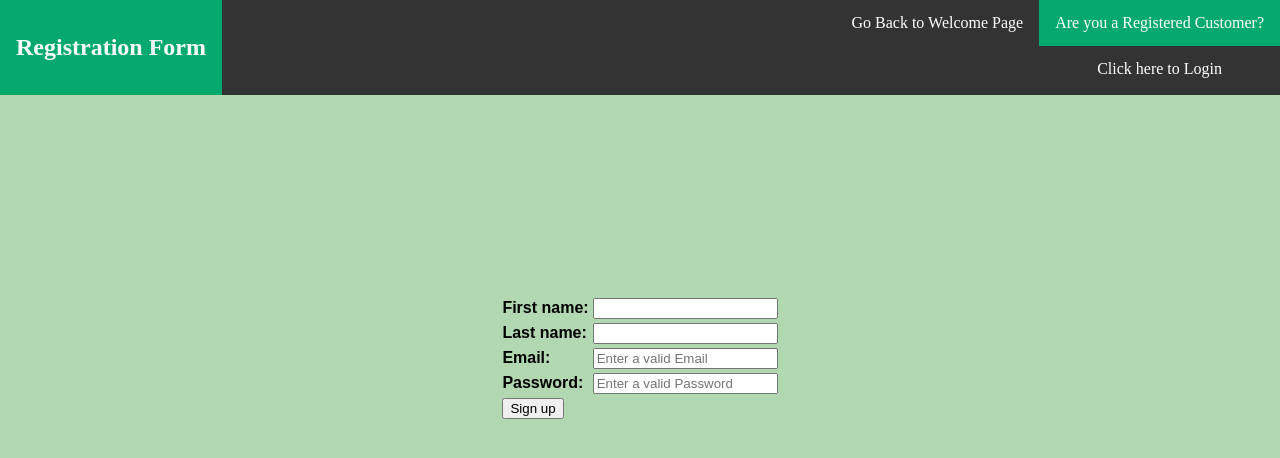
Repository: sach7691/original-book-store
Page: http://localhost/online-book-store-application/
These files come from the project's save history. The page is drawn as it stood at one moment and after the next save; the edit follows.
The browser window is 1280 px wide. The pictures show the whole page.
The page is served by Tomcat 9. Other server files are loaded and not shown.

Above is the page before, as saved 2022-08-25 16:15:39.

### online-book-store-application/src/main/webapp/index.jsp
<%@ page language="java" contentType="text/html; charset=ISO-8859-1"
	pageEncoding="ISO-8859-1"%>

<!DOCTYPE html>
<html>
<head>
<meta charset="ISO-8859-1">
<title>Registration Form</title>
<style>
body {margin: 0;
 background: rgba(0, 128, 0, 0.3);}

 table {
	font-family : Arial, Helvetica, sans-serif;
	font-size : 100%;
    font-weight: bold;
    background-color: light green
}
 h1 {
   color: #ea503f;
   font-family: Arial;
   text-align: center
 }
 table.center {
  margin-left: auto;
  margin-right: auto;
}

ul.topnav {
  list-style-type: none;
  margin: 0;
  padding: 0;
  overflow: hidden;
  background-color: #333;
}

ul.topnav li {float: left;}

ul.topnav li a {
  display: block;
  color: white;
  text-align: center;
  padding: 14px 16px;
  text-decoration: none;
}

ul.topnav li a:hover:not(.active) {background-color: #111;}

ul.topnav li a.active {background-color: #04AA6D;}

ul.topnav li.right {float: right;}

@media screen and (max-width: 600px) {
  ul.topnav li.right,
  ul.topnav li {float: none;}
}
</style>
</head>
<body>

<ul class="topnav">
  <li><a class="active"><h2><b>Registration Form</b></h2></a></li>
  <li class="right"><a class ="active">Are you a Registered Customer?</a><a href="login.jsp">Click here to Login</a></li>
  <li class="right"><a href="welcome.jsp">Go Back to Welcome Page</a></li>
</ul>

	<form action="http://localhost:8080/online-book-store-application/CustomerRegistrationServlet" method="POST">
		<table class ="center" style ="margin-top:200px">
		<tr>
		<td><label for="firstName">First name:</label><br> </td>
		<td><input type="text" id="firstName" name="firstName" value="" ><br></td>
		</tr>
		<tr>
		<td><label for="lastName">Last name:</label><br></td>
		<td><input type="text" id="lastName" name="lastName" value=""><br></td>
		</tr>
		<tr>
		<td><label for="customerEmail">Email:</label><br> </td>
		<td><input type="text" id="customerEmail" name="customerEmail" placeholder="Enter a valid Email"><br></td>
		</tr>
		<tr>
		<td><label for="customerpassword">Password:</label><br> </td>
		<td><input type="password" id="customerpassword" name="customerpassword" placeholder="Enter a valid Password"><br></td>
		</tr>
		<tr>
		<td><input type="submit" class="signupbtn" value="Sign up"></td>
		</tr>
		</table>
	</form>




</body>
</html>

After the next save:
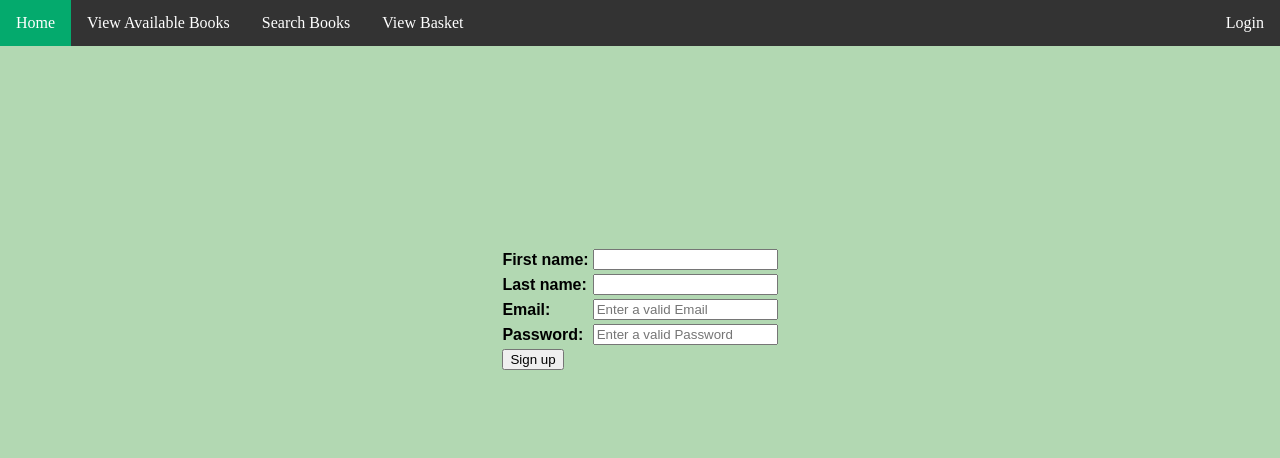
Saved 6 min 30 s later.
--- a/online-book-store-application/src/main/webapp/index.jsp
+++ b/online-book-store-application/src/main/webapp/index.jsp
@@ -58,11 +58,17 @@ ul.topnav li.right {float: right;}
 </head>
 <body>
 
+
+
+<div>
 <ul class="topnav">
-  <li><a class="active"><h2><b>Registration Form</b></h2></a></li>
-  <li class="right"><a class ="active">Are you a Registered Customer?</a><a href="login.jsp">Click here to Login</a></li>
-  <li class="right"><a href="welcome.jsp">Go Back to Welcome Page</a></li>
+  <li><a class="active" href="welcome.jsp">Home</a></li>
+  <li><a href="http://localhost:8080/online-book-store-application/ViewBookServlet">View Available Books</a></li>
+  <li><a href="search_book.jsp">Search Books</a></li>
+  <li><a href="http://localhost:8080/online-book-store-application/BasketViewServlet">View Basket</a></li>
+  <li class="right"><a href="login.jsp">Login</a></li>
 </ul>
+</div>
 
 	<form action="http://localhost:8080/online-book-store-application/CustomerRegistrationServlet" method="POST">
 		<table class ="center" style ="margin-top:200px">
